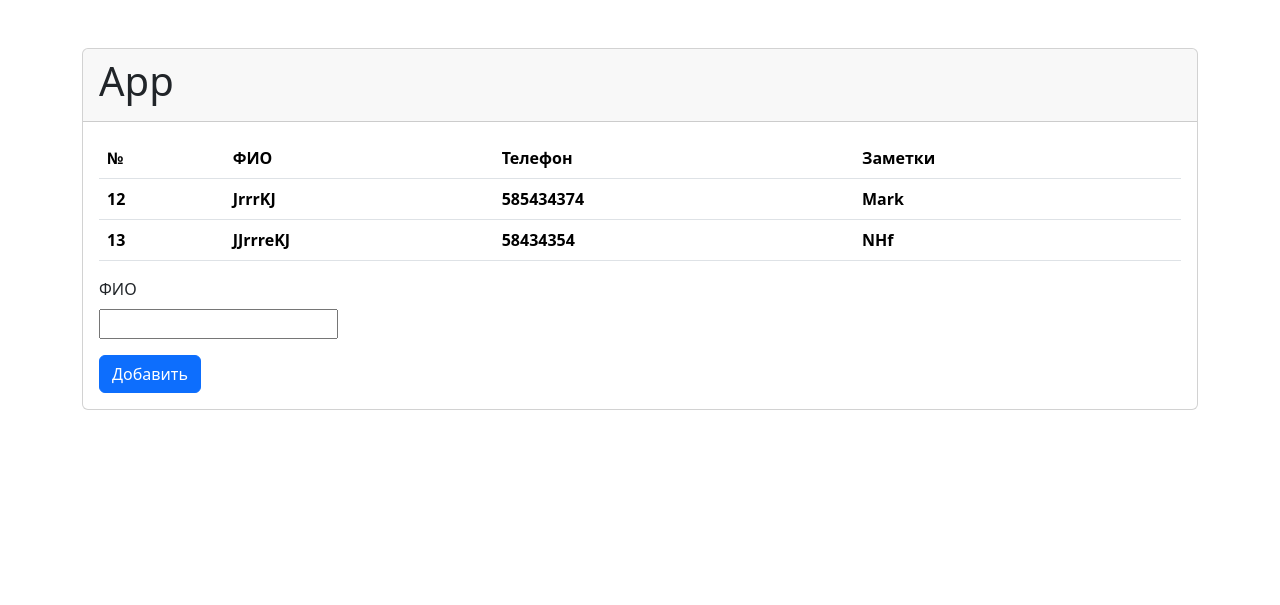
Repository: tatacheba/appstepikjavareact
Page: / (app in client/)
These files come from the project's save history. The page is drawn as it stood at one moment and after the next save; the edit follows.
The browser window is 1280 px wide. The pictures show the whole page.
The project was rebuilt for these pictures with package versions that can differ from the ones it lists, and the page was loaded fresh each time. Also part of the build but not shown: client/src/App.css.

Above is the page before, as saved 2024-11-27 14:34:27.

After the next save:
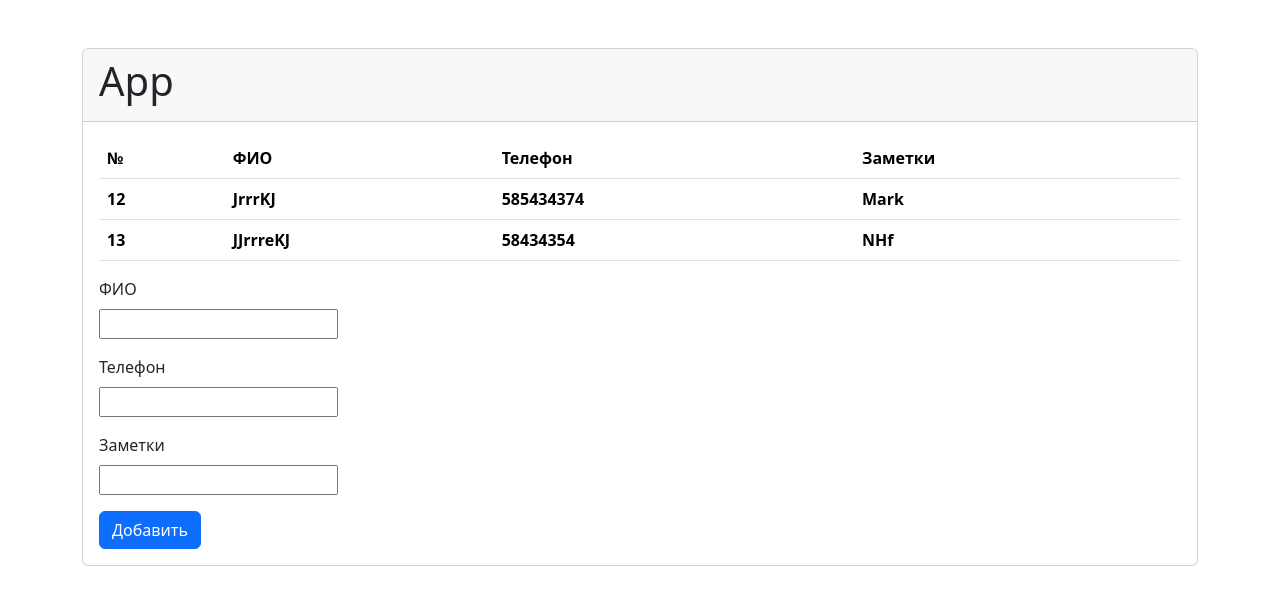
Saved 27 s later.
--- a/client/src/layouts/formNewItem/FormNewItem.js
+++ b/client/src/layouts/formNewItem/FormNewItem.js
@@ -7,7 +7,14 @@ function FormNewItem(props) {
             <div className="mb-3">
                 <input type="text" />
             </div>
-
+            <label className="form-label">Телефон</label>
+            <div className="mb-3">
+                <input type="text" />
+            </div>
+            <label className="form-label">Заметки</label>
+            <div className="mb-3">
+                <input type="text" />
+            </div>
             <button
                 className="btn btn-primary"
                 onClick={props.appendContact}
